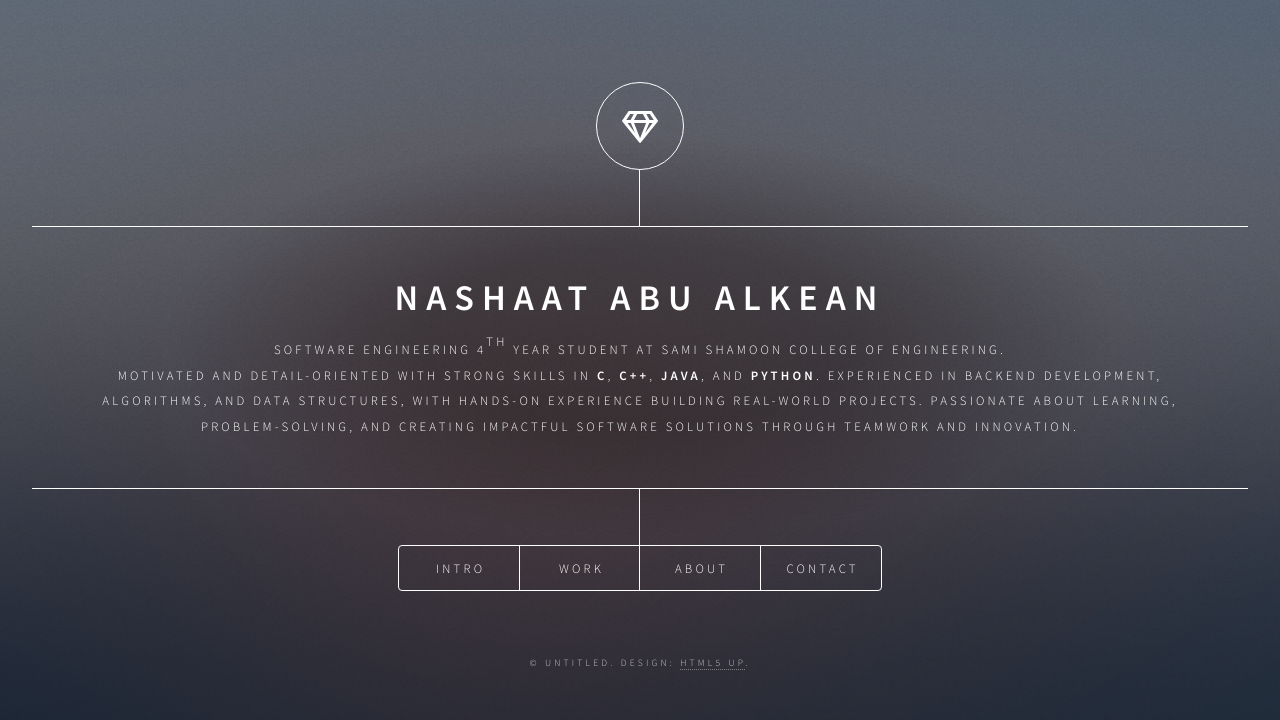
Repository: NashaatAlkean/Nashaat-sPortofolio
Page: index.html
An editor plug-in stored every save of this project. The page is shown before and after the next save, followed by the edit.
The browser window is 1280 px wide. The pictures show the whole page.

Above is the page before, as saved 2025-11-05 10:01:52.
Not found: images/pic01.jpg

### index.html
<!DOCTYPE html>
<!--
	Dimension by HTML5 UP
	html5up.net | @ajlkn
	Free for personal and commercial use under the CCA 3.0 license (html5up.net/license)
-->
<html>
  <head>
    <title>Nashaat Abu Alkean | Portfolio</title>
    <meta charset="utf-8" />
    <meta
      name="viewport"
      content="width=device-width, initial-scale=1, user-scalable=no"
    />
    <link rel="stylesheet" href="assets/css/main.css" />
    <noscript
      ><link rel="stylesheet" href="assets/css/noscript.css"
    /></noscript>
  </head>
  <body class="is-preload">
    <!-- Wrapper -->
    <div id="wrapper">
      <!-- Header -->
      <header id="header">
        <div class="logo">
          <span class="icon fa-gem"></span>
        </div>
        <div class="content">
          <div class="inner">
            <h1>Nashaat Abu Alkean</h1>
            <p>
              Software Engineering 4<sup>th</sup> year student at Sami Shamoon
              College of Engineering.<br />
              Motivated and detail-oriented with strong skills in <b>C</b>,
              <b>C++</b>, <b>Java</b>, and <b>Python</b>. Experienced in backend
              development, algorithms, and data structures, with hands-on
              experience building real-world projects. Passionate about
              learning, problem-solving, and creating impactful software
              solutions through teamwork and innovation.
            </p>
          </div>
        </div>
        <nav>
          <ul>
            <li><a href="#intro">Intro</a></li>
            <li><a href="#work">Work</a></li>
            <li><a href="#about">About</a></li>
            <li><a href="#contact">Contact</a></li>
            <!--<li><a href="#elements">Elements</a></li>-->
          </ul>
        </nav>
      </header>

      <!-- Main -->
      <div id="main">
        <!-- Intro -->
        <article id="intro">
          <h2 class="major">Intro</h2>
          <span class="image main"><img src="images/pic01.jpg" alt="" /></span>
          <p>
            Aenean ornare velit lacus, ac varius enim ullamcorper eu. Proin
            aliquam facilisis ante interdum congue. Integer mollis, nisl amet
            convallis, porttitor magna ullamcorper, amet egestas mauris. Ut
            magna finibus nisi nec lacinia. Nam maximus erat id euismod egestas.
            By the way, check out my <a href="#work">awesome work</a>.
          </p>
          <p>
            Lorem ipsum dolor sit amet, consectetur adipiscing elit. Duis
            dapibus rutrum facilisis. Class aptent taciti sociosqu ad litora
            torquent per conubia nostra, per inceptos himenaeos. Etiam tristique
            libero eu nibh porttitor fermentum. Nullam venenatis erat id
            vehicula viverra. Nunc ultrices eros ut ultricies condimentum.
            Mauris risus lacus, blandit sit amet venenatis non, bibendum vitae
            dolor. Nunc lorem mauris, fringilla in aliquam at, euismod in
            lectus. Pellentesque habitant morbi tristique senectus et netus et
            malesuada fames ac turpis egestas. In non lorem sit amet elit
            placerat maximus. Pellentesque aliquam maximus risus, vel sed
            vehicula.
          </p>
        </article>

        <!-- Work -->
        <article id="work">
          <h2 class="major">Work</h2>
          <span class="image main"><img src="images/pic02.jpg" alt="" /></span>
          <p>
            Adipiscing magna sed dolor elit. Praesent eleifend dignissim arcu,
            at eleifend sapien imperdiet ac. Aliquam erat volutpat. Praesent
            urna nisi, fringila lorem et vehicula lacinia quam. Integer
            sollicitudin mauris nec lorem luctus ultrices.
          </p>
          <p>
            Nullam et orci eu lorem consequat tincidunt vivamus et sagittis
            libero. Mauris aliquet magna magna sed nunc rhoncus pharetra.
            Pellentesque condimentum sem. In efficitur ligula tate urna.
            Maecenas laoreet massa vel lacinia pellentesque lorem ipsum dolor.
            Nullam et orci eu lorem consequat tincidunt. Vivamus et sagittis
            libero. Mauris aliquet magna magna sed nunc rhoncus amet feugiat
            tempus.
          </p>
        </article>

        <!-- About -->
        <article id="about">
          <h2 class="major">About</h2>
          <span class="image main"><img src="images/pic03.jpg" alt="" /></span>
          <p>
            Lorem ipsum dolor sit amet, consectetur et adipiscing elit. Praesent
            eleifend dignissim arcu, at eleifend sapien imperdiet ac. Aliquam
            erat volutpat. Praesent urna nisi, fringila lorem et vehicula
            lacinia quam. Integer sollicitudin mauris nec lorem luctus ultrices.
            Aliquam libero et malesuada fames ac ante ipsum primis in faucibus.
            Cras viverra ligula sit amet ex mollis mattis lorem ipsum dolor sit
            amet.
          </p>
        </article>

        <!-- Contact -->
        <article id="contact">
          <h2 class="major">Contact</h2>
          <form method="post" action="#">
            <div class="fields">
              <div class="field half">
                <label for="name">Name</label>
                <input type="text" name="name" id="name" />
              </div>
              <div class="field half">
                <label for="email">Email</label>
                <input type="text" name="email" id="email" />
              </div>
              <div class="field">
                <label for="message">Message</label>
                <textarea name="message" id="message" rows="4"></textarea>
              </div>
            </div>
            <ul class="actions">
              <li>
                <input type="submit" value="Send Message" class="primary" />
              </li>
              <li><input type="reset" value="Reset" /></li>
            </ul>
          </form>
          <ul class="icons">
            <li>
              <a href="#" class="icon brands fa-twitter"
                ><span class="label">Twitter</span></a
              >
            </li>
            <li>
              <a href="#" class="icon brands fa-facebook-f"
                ><span class="label">Facebook</span></a
              >
            </li>
            <li>
              <a href="#" class="icon brands fa-instagram"
                ><span class="label">Instagram</span></a
              >
            </li>
            <li>
              <a href="#" class="icon brands fa-github"
                ><span class="label">GitHub</span></a
              >
            </li>
          </ul>
        </article>

        <!-- Elements -->
        <article id="elements">
          <h2 class="major">Elements</h2>

          <section>
            <h3 class="major">Text</h3>
            <p>
              This is <b>bold</b> and this is <strong>strong</strong>. This is
              <i>italic</i> and this is <em>emphasized</em>. This is
              <sup>superscript</sup> text and this is <sub>subscript</sub> text.
              This is <u>underlined</u> and this is code:
              <code>for (;;) { ... }</code>. Finally,
              <a href="#">this is a link</a>.
            </p>
            <hr />
            <h2>Heading Level 2</h2>
            <h3>Heading Level 3</h3>
            <h4>Heading Level 4</h4>
            <h5>Heading Level 5</h5>
            <h6>Heading Level 6</h6>
            <hr />
            <h4>Blockquote</h4>
            <blockquote>
              Fringilla nisl. Donec accumsan interdum nisi, quis tincidunt felis
              sagittis eget tempus euismod. Vestibulum ante ipsum primis in
              faucibus vestibulum. Blandit adipiscing eu felis iaculis volutpat
              ac adipiscing accumsan faucibus. Vestibulum ante ipsum primis in
              faucibus lorem ipsum dolor sit amet nullam adipiscing eu felis.
            </blockquote>
            <h4>Preformatted</h4>
            <pre><code>i = 0;

while (!deck.isInOrder()) {
    print 'Iteration ' + i;
    deck.shuffle();
    i++;
}

print 'It took ' + i + ' iterations to sort the deck.';</code></pre>
          </section>

          <section>
            <h3 class="major">Lists</h3>

            <h4>Unordered</h4>
            <ul>
              <li>Dolor pulvinar etiam.</li>
              <li>Sagittis adipiscing.</li>
              <li>Felis enim feugiat.</li>
            </ul>

            <h4>Alternate</h4>
            <ul class="alt">
              <li>Dolor pulvinar etiam.</li>
              <li>Sagittis adipiscing.</li>
              <li>Felis enim feugiat.</li>
            </ul>

            <h4>Ordered</h4>
            <ol>
              <li>Dolor pulvinar etiam.</li>
              <li>Etiam vel felis viverra.</li>
              <li>Felis enim feugiat.</li>
              <li>Dolor pulvinar etiam.</li>
              <li>Etiam vel felis lorem.</li>
              <li>Felis enim et feugiat.</li>
            </ol>
            <h4>Icons</h4>
            <ul class="icons">
              <li>
                <a href="#" class="icon brands fa-twitter"
                  ><span class="label">Twitter</span></a
                >
              </li>
              <li>
                <a href="#" class="icon brands fa-facebook-f"
                  ><span class="label">Facebook</span></a
                >
              </li>
              <li>
                <a href="#" class="icon brands fa-instagram"
                  ><span class="label">Instagram</span></a
                >
              </li>
              <li>
                <a href="#" class="icon brands fa-github"
                  ><span class="label">Github</span></a
                >
              </li>
            </ul>

            <h4>Actions</h4>
            <ul class="actions">
              <li><a href="#" class="button primary">Default</a></li>
              <li><a href="#" class="button">Default</a></li>
            </ul>
            <ul class="actions stacked">
              <li><a href="#" class="button primary">Default</a></li>
              <li><a href="#" class="button">Default</a></li>
            </ul>
          </section>

          <section>
            <h3 class="major">Table</h3>
            <h4>Default</h4>
            <div class="table-wrapper">
              <table>
                <thead>
                  <tr>
                    <th>Name</th>
                    <th>Description</th>
                    <th>Price</th>
                  </tr>
                </thead>
                <tbody>
                  <tr>
                    <td>Item One</td>
                    <td>Ante turpis integer aliquet porttitor.</td>
                    <td>29.99</td>
                  </tr>
                  <tr>
                    <td>Item Two</td>
                    <td>Vis ac commodo adipiscing arcu aliquet.</td>
                    <td>19.99</td>
                  </tr>
                  <tr>
                    <td>Item Three</td>
                    <td>Morbi faucibus arcu accumsan lorem.</td>
                    <td>29.99</td>
                  </tr>
                  <tr>
                    <td>Item Four</td>
                    <td>Vitae integer tempus condimentum.</td>
                    <td>19.99</td>
                  </tr>
                  <tr>
                    <td>Item Five</td>
                    <td>Ante turpis integer aliquet porttitor.</td>
                    <td>29.99</td>
                  </tr>
                </tbody>
                <tfoot>
                  <tr>
                    <td colspan="2"></td>
                    <td>100.00</td>
                  </tr>
                </tfoot>
              </table>
            </div>

            <h4>Alternate</h4>
            <div class="table-wrapper">
              <table class="alt">
                <thead>
                  <tr>
                    <th>Name</th>
                    <th>Description</th>
                    <th>Price</th>
                  </tr>
                </thead>
                <tbody>
                  <tr>
                    <td>Item One</td>
                    <td>Ante turpis integer aliquet porttitor.</td>
                    <td>29.99</td>
                  </tr>
                  <tr>
                    <td>Item Two</td>
                    <td>Vis ac commodo adipiscing arcu aliquet.</td>
                    <td>19.99</td>
                  </tr>
                  <tr>
                    <td>Item Three</td>
                    <td>Morbi faucibus arcu accumsan lorem.</td>
                    <td>29.99</td>
                  </tr>
                  <tr>
                    <td>Item Four</td>
                    <td>Vitae integer tempus condimentum.</td>
                    <td>19.99</td>
                  </tr>
                  <tr>
                    <td>Item Five</td>
                    <td>Ante turpis integer aliquet porttitor.</td>
                    <td>29.99</td>
                  </tr>
                </tbody>
                <tfoot>
                  <tr>
                    <td colspan="2"></td>
                    <td>100.00</td>
                  </tr>
                </tfoot>
              </table>
            </div>
          </section>

          <section>
            <h3 class="major">Buttons</h3>
            <ul class="actions">
              <li><a href="#" class="button primary">Primary</a></li>
              <li><a href="#" class="button">Default</a></li>
            </ul>
            <ul class="actions">
              <li><a href="#" class="button">Default</a></li>
              <li><a href="#" class="button small">Small</a></li>
            </ul>
            <ul class="actions">
              <li>
                <a href="#" class="button primary icon solid fa-download"
                  >Icon</a
                >
              </li>
              <li>
                <a href="#" class="button icon solid fa-download">Icon</a>
              </li>
            </ul>
            <ul class="actions">
              <li><span class="button primary disabled">Disabled</span></li>
              <li><span class="button disabled">Disabled</span></li>
            </ul>
          </section>

          <section>
            <h3 class="major">Form</h3>
            <form method="post" action="#">
              <div class="fields">
                <div class="field half">
                  <label for="demo-name">Name</label>
                  <input
                    type="text"
                    name="demo-name"
                    id="demo-name"
                    value=""
                    placeholder="Jane Doe"
                  />
                </div>
                <div class="field half">
                  <label for="demo-email">Email</label>
                  <input
                    type="email"
                    name="demo-email"
                    id="demo-email"
                    value=""
                    placeholder="jane@untitled.tld"
                  />
                </div>
                <div class="field">
                  <label for="demo-category">Category</label>
                  <select name="demo-category" id="demo-category">
                    <option value="">-</option>
                    <option value="1">Manufacturing</option>
                    <option value="1">Shipping</option>
                    <option value="1">Administration</option>
                    <option value="1">Human Resources</option>
                  </select>
                </div>
                <div class="field half">
                  <input
                    type="radio"
                    id="demo-priority-low"
                    name="demo-priority"
                    checked
                  />
                  <label for="demo-priority-low">Low</label>
                </div>
                <div class="field half">
                  <input
                    type="radio"
                    id="demo-priority-high"
                    name="demo-priority"
                  />
                  <label for="demo-priority-high">High</label>
                </div>
                <div class="field half">
                  <input type="checkbox" id="demo-copy" name="demo-copy" />
                  <label for="demo-copy">Email me a copy</label>
                </div>
                <div class="field half">
                  <input
                    type="checkbox"
                    id="demo-human"
                    name="demo-human"
                    checked
                  />
                  <label for="demo-human">Not a robot</label>
                </div>
                <div class="field">
                  <label for="demo-message">Message</label>
                  <textarea
                    name="demo-message"
                    id="demo-message"
                    placeholder="Enter your message"
                    rows="6"
                  ></textarea>
                </div>
              </div>
              <ul class="actions">
                <li>
                  <input type="submit" value="Send Message" class="primary" />
                </li>
                <li><input type="reset" value="Reset" /></li>
              </ul>
            </form>
          </section>
        </article>
      </div>

      <!-- Footer -->
      <footer id="footer">
        <p class="copyright">
          &copy; Untitled. Design: <a href="https://html5up.net">HTML5 UP</a>.
        </p>
      </footer>
    </div>

    <!-- BG -->
    <div id="bg"></div>

    <!-- Scripts -->
    <script src="assets/js/jquery.min.js"></script>
    <script src="assets/js/browser.min.js"></script>
    <script src="assets/js/breakpoints.min.js"></script>
    <script src="assets/js/util.js"></script>
    <script src="assets/js/main.js"></script>
  </body>
</html>

Loaded but not shown: assets/js/jquery.min.js (library); assets/css/fontawesome-all.min.css (library); assets/js/browser.min.js (common file); assets/js/breakpoints.min.js (common file); assets/js/util.js (587 lines, source omitted); assets/js/main.js (401 lines, source omitted); assets/css/main.css (1661 lines, source omitted)

After the next save:
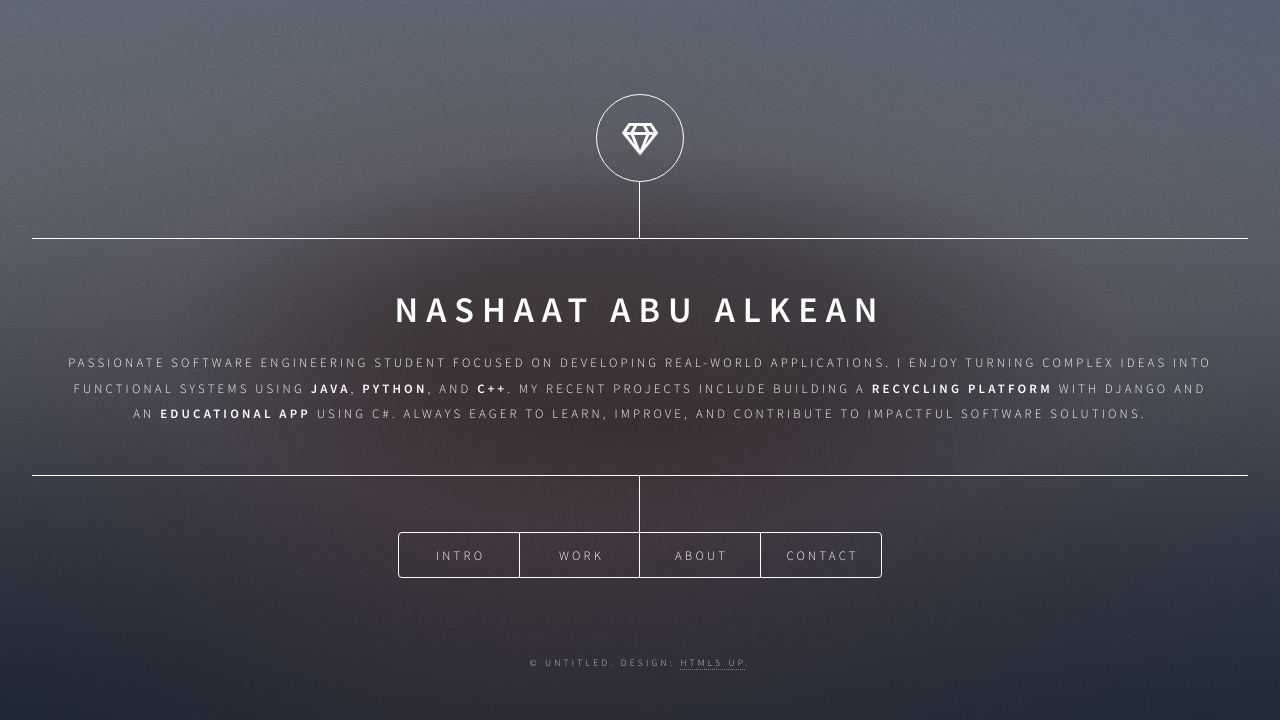
Saved 2 min 24 s later.
--- a/index.html
+++ b/index.html
@@ -29,14 +29,13 @@
           <div class="inner">
             <h1>Nashaat Abu Alkean</h1>
             <p>
-              Software Engineering 4<sup>th</sup> year student at Sami Shamoon
-              College of Engineering.<br />
-              Motivated and detail-oriented with strong skills in <b>C</b>,
-              <b>C++</b>, <b>Java</b>, and <b>Python</b>. Experienced in backend
-              development, algorithms, and data structures, with hands-on
-              experience building real-world projects. Passionate about
-              learning, problem-solving, and creating impactful software
-              solutions through teamwork and innovation.
+              Passionate software engineering student focused on developing
+              real-world applications. I enjoy turning complex ideas into
+              functional systems using <b>Java</b>, <b>Python</b>, and
+              <b>C++</b>. My recent projects include building a
+              <b>recycling platform</b> with Django and an
+              <b>educational app</b> using C#. Always eager to learn, improve,
+              and contribute to impactful software solutions.
             </p>
           </div>
         </div>
